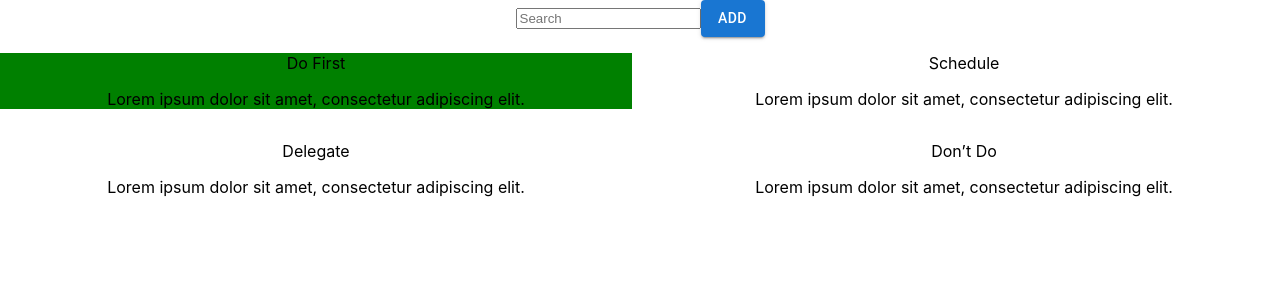
Repository: GokulDev4U/Krixi_react_assignment
Page: /
An editor plug-in stored every save of this project. The page is shown before and after the next save, followed by the edit.
The browser window is 1280 px wide. The pictures show the whole page.
The project was rebuilt for these pictures with package versions that can differ from the ones it lists, and the page was loaded fresh each time.

Above is the page before, as saved 2022-04-04 12:52:31.

After the next save:
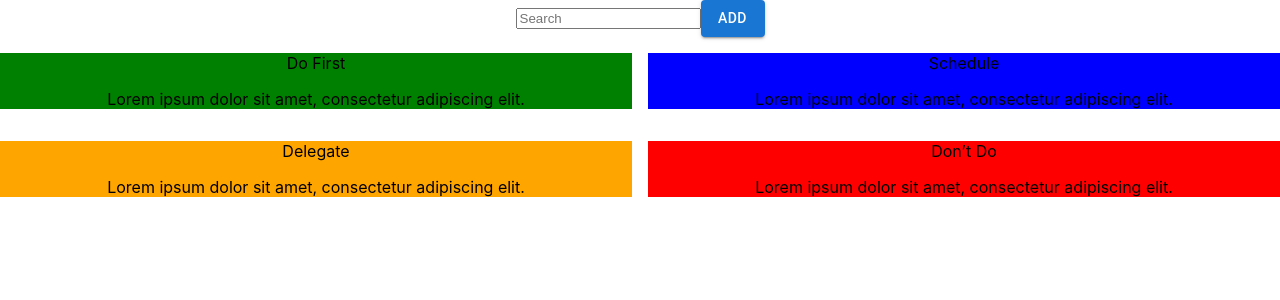
Saved 37 s later.
--- a/src/App.js
+++ b/src/App.js
@@ -21,13 +21,13 @@ function App() {
             <Card color="green" title="Do First" />
           </Grid>
           <Grid item xs={6}>
-            <Card color="" title="Schedule" />
+            <Card color="blue" title="Schedule" />
           </Grid>
           <Grid item xs={6}>
-            <Card color="" title="Delegate" />
+            <Card color="orange" title="Delegate" />
           </Grid>
           <Grid item xs={6}>
-            <Card color="" title="Don’t Do" />
+            <Card color="red" title="Don’t Do" />
           </Grid>
         </Grid>
       </Box>
